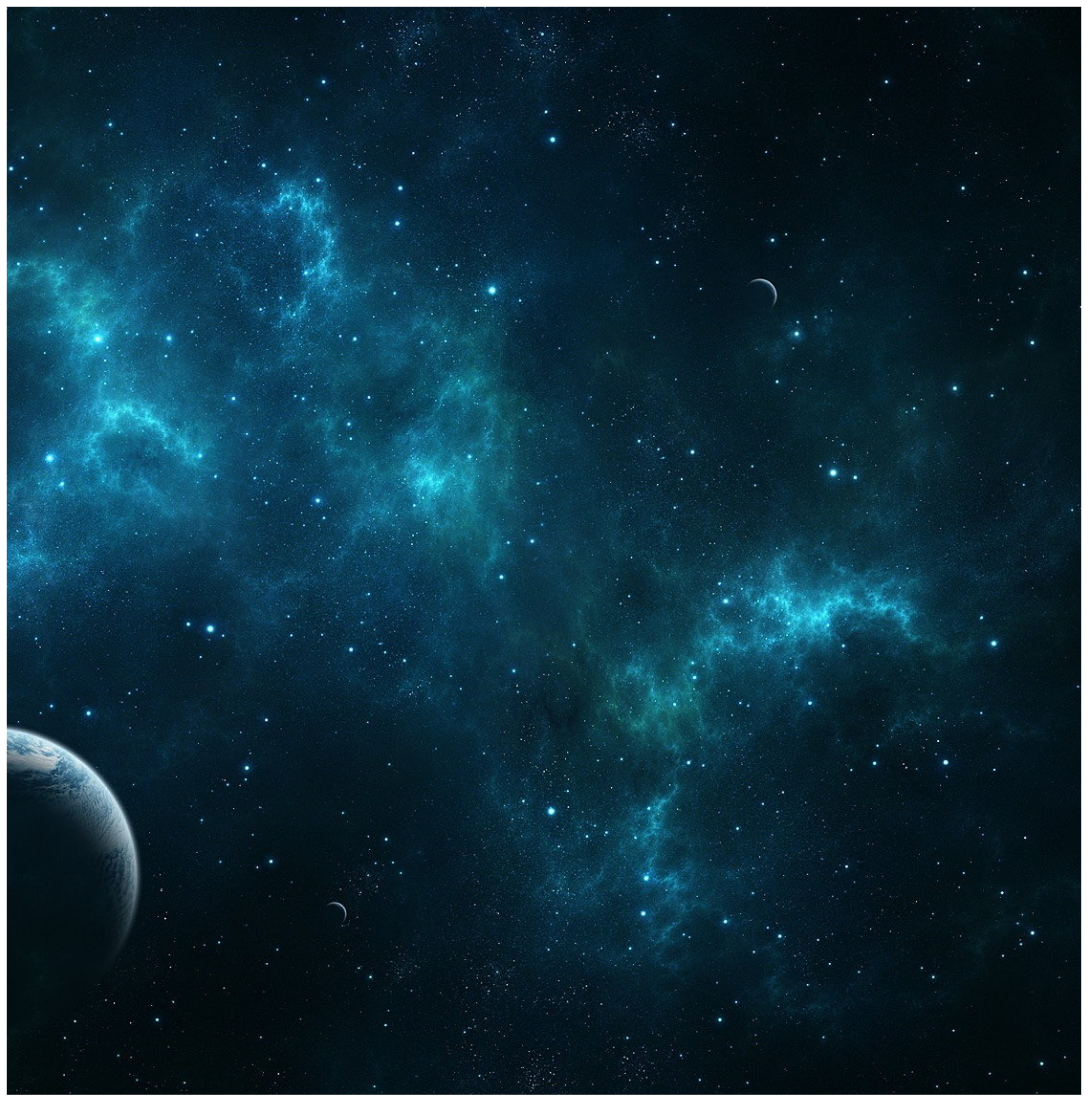
Repository: madd107/demo-form
Page: Assigment_FEE/CaseStudy_2.html
An editor plug-in stored every save of this project. The page is shown before and after the next save, followed by the edit.
The browser window is 1280 px wide. The pictures show the whole page, at 85% of full size.
Backgrounds fixed to the window are drawn as part of the page.

Above is the page before, as saved 2021-10-01 16:27:57.

### Assigment_FEE/CaseStudy_2.html
<!DOCTYPE html>
<html lang="en">
  <head>
    <meta charset="UTF-8" />
    <meta http-equiv="X-UA-Compatible" content="IE=edge" />
    <meta name="viewport" content="width=device-width, initial-scale=1.0" />
    <title>Document</title>
    <link rel="stylesheet" href="css/CaseStudy_2.css" />
  </head>
  <body>
    <div class="wrapper">
      <div class="topbar">
        <div class="logo"></div>
        <div class="navigation"></div>
      </div>
      <div class="gridform">
        <div class="gridbox"></div>
      </div>
      <div class="box">
        <div class="b"></div>
      </div>
      <div class="footer"></div>
    </div>
  </body>
</html>

### Assigment_FEE/css/CaseStudy_2.css
.wrapper {
  margin: 0 auto;
  width: 100%;
  height: 1280px;
  background-image: url(/Assigment_FEE/image/wallpaper_hd_by_sinhvienit\ 89.jpg);
  background-position: center;
  background-repeat: no-repeat;
  background-attachment: fixed;
  background-size: 2160px;
}

After the next save:
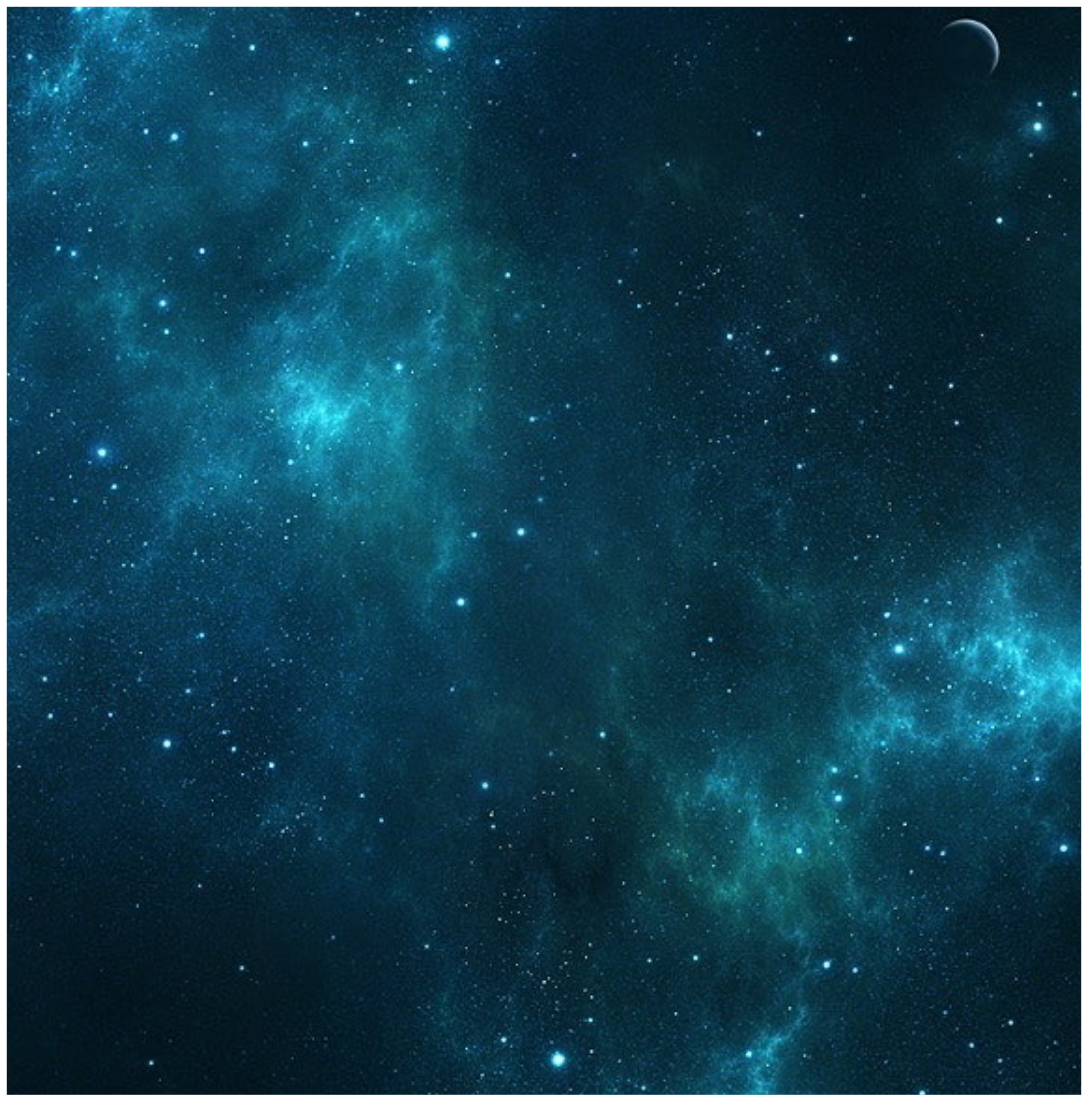
Saved 22 s later.
--- a/Assigment_FEE/css/CaseStudy_2.css
+++ b/Assigment_FEE/css/CaseStudy_2.css
@@ -6,5 +6,5 @@
   background-position: center;
   background-repeat: no-repeat;
   background-attachment: fixed;
-  background-size: 2160px;
+  background-size: 4220px;
 }
